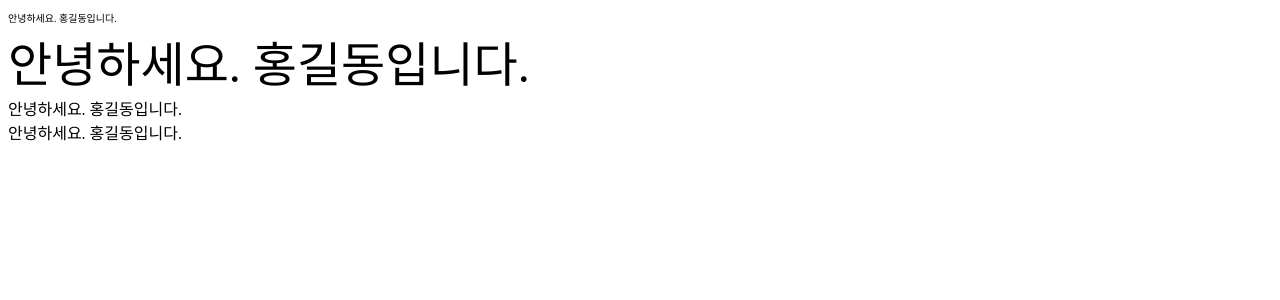
Repository: sungken/htmlProject
Page: ClientTest/src/main/webapp/html/ex07_font.html
An editor plug-in stored every save of this project. The page is shown before and after the next save, followed by the edit.
The browser window is 1280 px wide. The pictures show the whole page.

Above is the page before, as saved 2024-03-13 00:09:43.

After the next save:
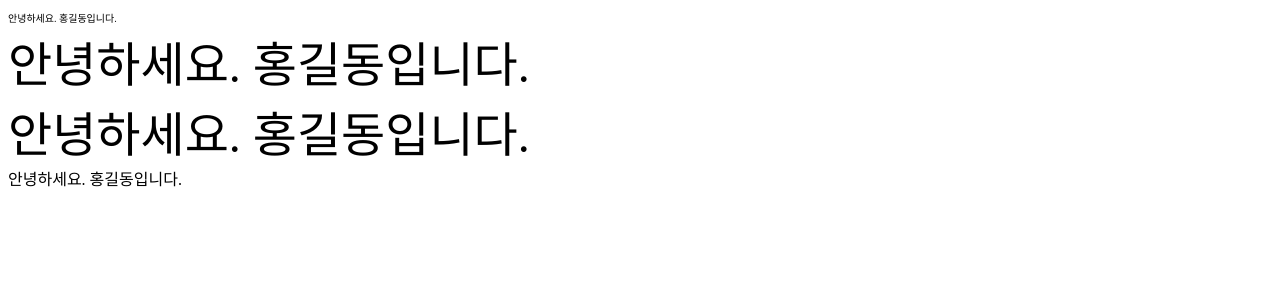
Saved 20 s later.
--- a/ClientTest/src/main/webapp/html/ex07_font.html
+++ b/ClientTest/src/main/webapp/html/ex07_font.html
@@ -20,7 +20,7 @@
 
  <font size="1">안녕하세요. 홍길동입니다.<br></font>
  <font size="7">안녕하세요. 홍길동입니다.<br></font>
- <font>안녕하세요. 홍길동입니다.<br></font>
+ <font size="10">안녕하세요. 홍길동입니다.<br></font>
  <font>안녕하세요. 홍길동입니다.<br></font>
 
 

After the save that followed:
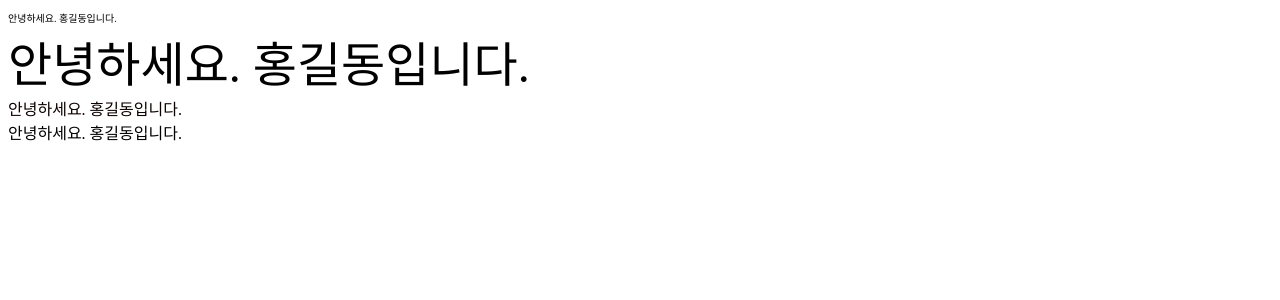
Saved 20 s later.
--- a/ClientTest/src/main/webapp/html/ex07_font.html
+++ b/ClientTest/src/main/webapp/html/ex07_font.html
@@ -20,7 +20,7 @@
 
  <font size="1">안녕하세요. 홍길동입니다.<br></font>
  <font size="7">안녕하세요. 홍길동입니다.<br></font>
- <font size="10">안녕하세요. 홍길동입니다.<br></font>
+ <font color="yello">안녕하세요. 홍길동입니다.<br></font>
  <font>안녕하세요. 홍길동입니다.<br></font>
 
 
